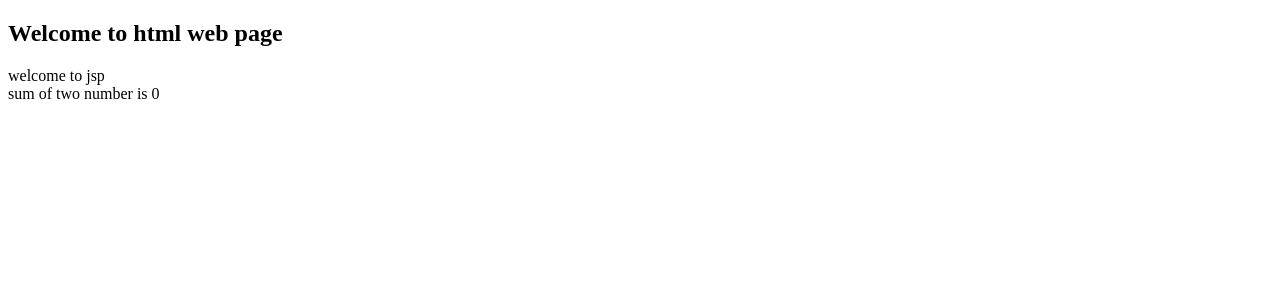
Repository: bavadharani23/phase2-projects
Page: http://localhost/JSPExamples/demo.jsp
An editor plug-in stored every save of this project. The page is shown before and after the next save, followed by the edit.
The browser window is 1280 px wide. The pictures show the whole page.
The page is served by Tomcat 9.

Above is the page before, as saved 2022-08-09 04:59:13.

### JSPExamples/src/main/webapp/demo.jsp
<%@ page language="java" contentType="text/html; charset=ISO-8859-1"
    pageEncoding="ISO-8859-1"%>
<!DOCTYPE html>
<html>
<head>
<meta charset="ISO-8859-1">
<title>Insert title here</title>
</head>
<body>
<h2>Welcome to html web page</h2>
<%! int a,b,sum; %>
<%
sum=a+b;
out.println("welcome to jsp <br>");
out.println("sum of two number is "+sum);
%>




</body>
</html>

After the next save:
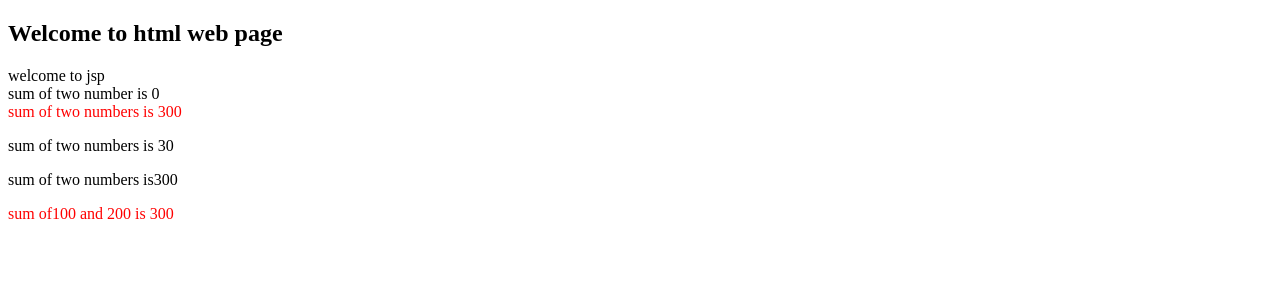
Saved 4 min 52 s later.
--- a/JSPExamples/src/main/webapp/demo.jsp
+++ b/JSPExamples/src/main/webapp/demo.jsp
@@ -13,8 +13,15 @@
 sum=a+b;
 out.println("welcome to jsp <br>");
 out.println("sum of two number is "+sum);
+a=100;
+b=200;
+sum=a+b;
+out.println("</br> <font color=red> sum of two numbers is "+sum+"</font>");
 %>
-
+<br/>
+<p>sum of two numbers is <%=10+20 %></p>
+<p>sum of two numbers is<%=sum %></p>
+<font color="red">sum of<%=a %> and <%=b %> is <%=sum %></font>
 
 
 
